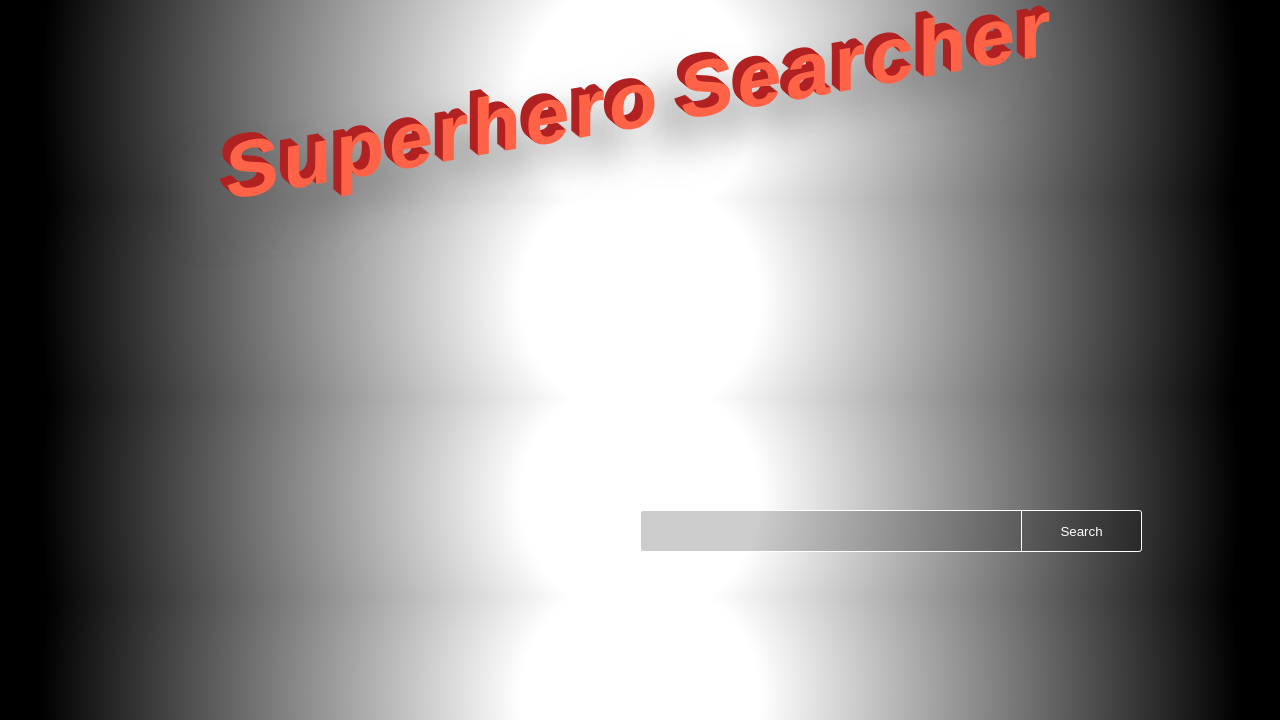
Repository: savi1623/SuperheroSearcher
Page: / (app in my-app/)
These files come from the project's save history. The page is drawn as it stood at one moment and after the next save; the edit follows.
The browser window is 1280 px wide. The pictures show the whole page.
The project was rebuilt for these pictures with package versions that can differ from the ones it lists, and the page was loaded fresh each time. Also part of the build but not shown: my-app/src/SuperImage/SuperImage.scss, my-app/src/SuperImage/SuperImage.js, my-app/src/Stats/Stats.scss, my-app/src/Stats/Stats.js, my-app/src/Biography/Biography.scss, my-app/src/Biography/Biography.js, my-app/src/Apperance/Apperance.scss, my-app/src/Apperance/Apperance.js and 8 more.

Above is the page before, as saved 2020-02-28 10:54:49.

### my-app/src/index.js
import React from 'react';
import ReactDOM from 'react-dom';
import App from './App/App.js';

ReactDOM.render(<App />, document.getElementById('root'));

// If you want your app to work offline and load faster, you can change
// unregister() to register() below. Note this comes with some pitfalls.
// Learn more about service workers: https://bit.ly/CRA-PWA

### my-app/src/App/App.js
import React from 'react';
import SuperSearch from '../SuperSearch/SuperSearch.js';
import ReactModal from 'react-modal';
import './App.scss';

class App extends React.Component {
  constructor(props) {
    super(props);
    this.state = {
      modalIsOpen: false,
      hero: 'batman',
    };
    this.onChange = this.onChange.bind(this);
    this.openModal = this.openModal.bind(this);
    this.closeModal = this.closeModal.bind(this);
  }

  onChange(e) {
    this.setState({ hero: e.target.value });
  }

  openModal() {
    this.setState({
      modalIsOpen: true
    })
  }

  closeModal() {
    this.setState({
      modalIsOpen: false
    })
  }


  render() {
    const { modalIsOpen } = this.state;
    return (
      <div className='App'>
        <h1 className='logo'>Superhero Searcher</h1>
        <div className='searchForm'>
          <input className='searchBar' type='text' onChange={this.onChange} />
          <button className='searchButton' onClick={this.openModal}>Search</button>
        </div>
        <ReactModal
          isOpen={modalIsOpen}
          onAfterOpen={this.afterOpenModal}
          onRequestClose={this.closeModal}
          className="statModal"
          overlayClassName="statOverlay"
          contentLabel="Stat Modal">
          <button onClick={this.closeModal}>Back</button>
          <SuperSearch superShow={this.state.superShow} hero={this.state.hero} />
        </ReactModal>
      </div>
    );
  }
}

export default App;

### my-app/src/App/App.scss
body {
  background: radial-gradient(600px at 50% 50% , #fff 20%, #000 100%);
}

.logo {
  text-align: center;
  font-family: 'Oswald', Helvetica, sans-serif;
  font-size: 80px;
  transform: skewY(-10deg);
  letter-spacing: 4px;
  word-spacing: -8px;
  color: tomato;
  text-shadow:
    -1px -1px 0 firebrick,
    -2px -2px 0 firebrick,
    -3px -3px 0 firebrick,
    -4px -4px 0 firebrick,
    -5px -5px 0 firebrick,
    -6px -6px 0 firebrick,
    -7px -7px 0 firebrick,
    -8px -8px 0 firebrick,
    -30px 20px 40px dimgrey
}

.searchForm{
  position: fixed;
  top: 50%;
  left: 50%;
  // margin-top: -50px;
  // margin-left: -100px;
  width: 500px;
  height: 40px;
   margin: 150px auto;
  background: #444;
  background: rgba(0,0,0,.2);
  border-radius:  3px;
  border: 1px solid #fff;

  .searchBar{
    width: 370px;
    padding: 10px 5px;
    float: left;
    font-size: medium;
    color: rgb(255, 254, 254);
    border: 0;
    background: transparent;
    border-radius: 3px 0 0 3px;
    &:focus {
      outline: 0;
      background:transparent;
}}
}





.searchButton{
  position: relative;
  float: right;
  border: 0;
  padding: 0;
  cursor: pointer;
  height: 40px;
  width: 120px;
  color: #fff;
  background: transparent;
  border-left: 1px solid #fff;
  border-radius: 0 3px 3px 0;
  &:hover {
    background: #fff;
    color:#444;
  }
  &:active {
    box-shadow: 0px 0px 12px 0px rgba(225, 225, 225, 1);
  }
  &:focus {
    outline: 0;
  }
}

Loaded but not shown: my-app/public/index.html (common file)

After the next save:
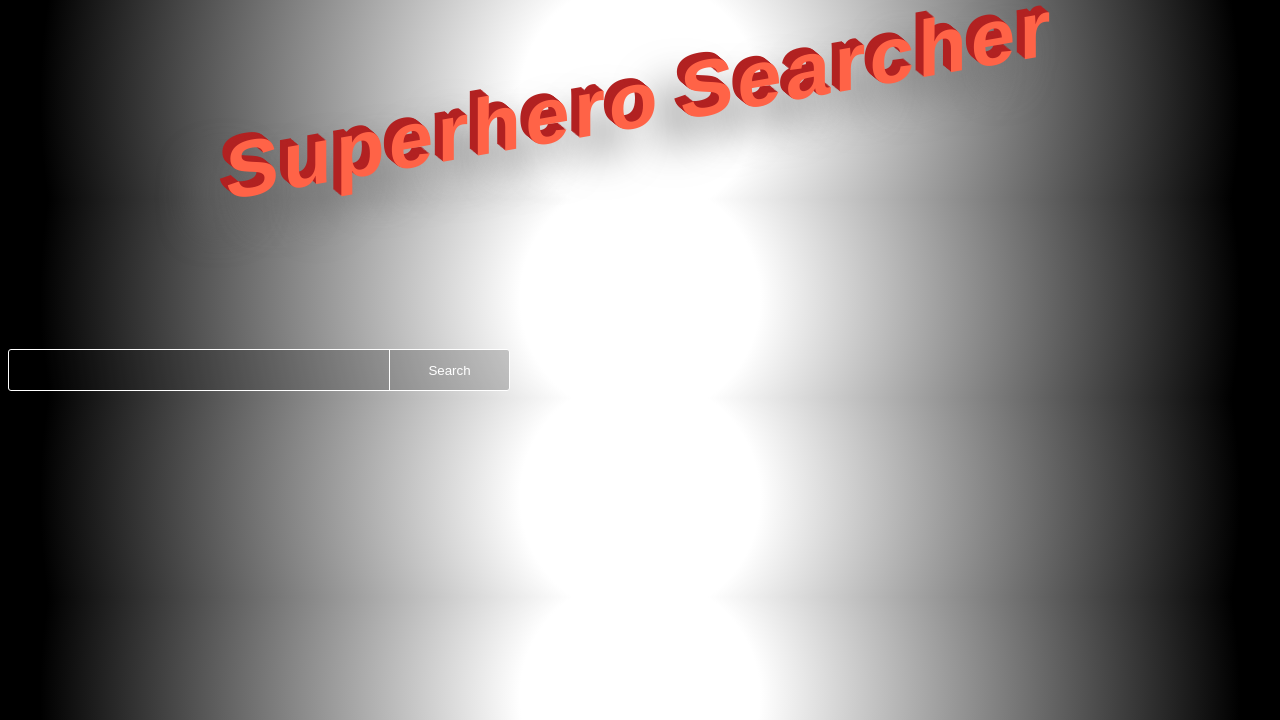
Saved 6 s later.
--- a/my-app/src/App/App.scss
+++ b/my-app/src/App/App.scss
@@ -24,8 +24,8 @@
 
 .searchForm{
   position: fixed;
-  top: 50%;
-  left: 50%;
+  // top: 50%;
+  // left: 50%;
   // margin-top: -50px;
   // margin-left: -100px;
   width: 500px;
